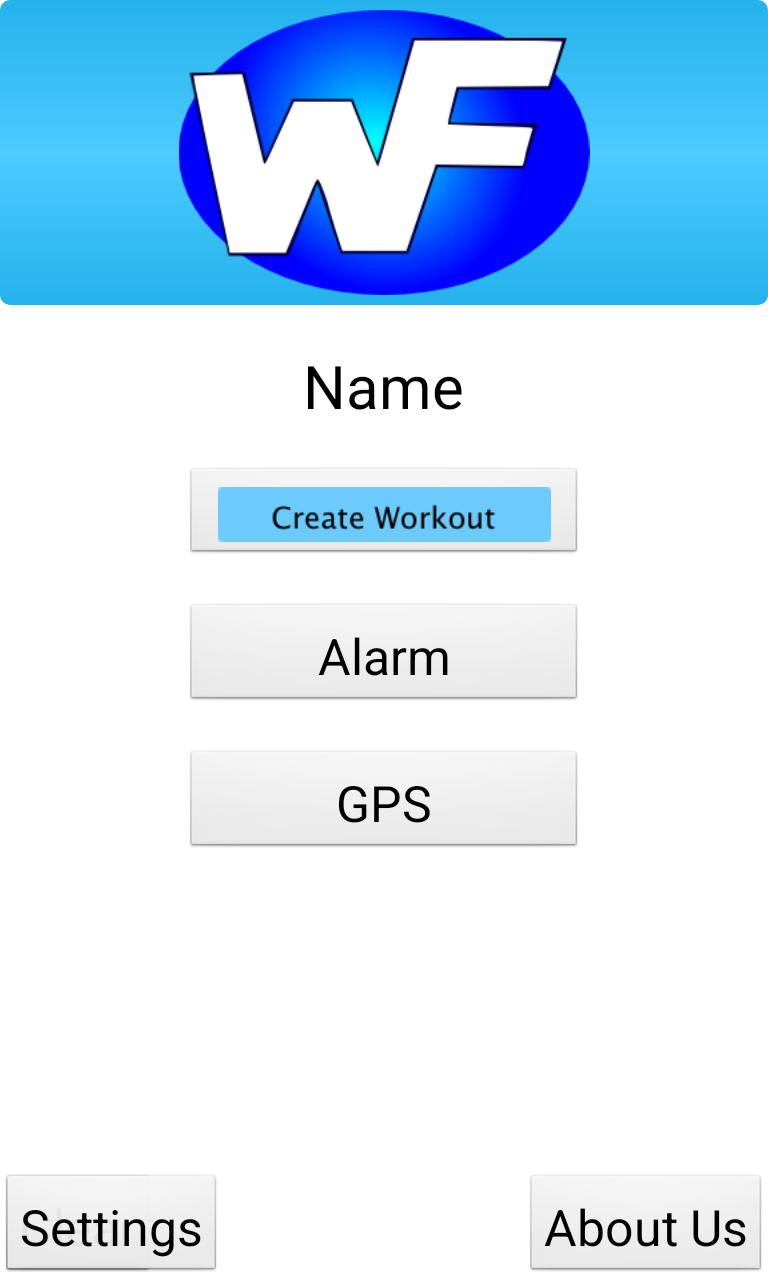
Repository: jwisch91/CS390-Project
Layout: workspace/testing/res/layout/new_file.xml
These files come from the project's save history. The layout is drawn as it stood at one moment and after the next save; the edit follows.
It is drawn on a 768 x 1280 px phone screen (xhdpi) without system bars, with theme android:Theme.NoTitleBar; the app's code is not run.

Above is the layout before, as saved 2013-04-02 21:01:50.

### workspace/testing/res/layout/new_file.xml
<?xml version="1.0" encoding="utf-8"?>
<RelativeLayout xmlns:android="http://schemas.android.com/apk/res/android"
    android:layout_width="fill_parent"
 	android:layout_height="fill_parent"
    android:layout_weight="0.80"
    android:background="#ffffff" >

    	 <!--  Header  Starts-->
        <LinearLayout android:id="@+id/header"
                android:layout_width="fill_parent"
                android:layout_height="wrap_content"
                android:background="@layout/header_gradient"
                android:paddingTop="5dip"
                android:paddingBottom="5dip">
                <!-- Logo Start-->
                <ImageView
                    android:layout_width="fill_parent"
                	android:layout_height="wrap_content"
               	 	android:layout_gravity="center"
                	android:src="@drawable/logo" />
                <!-- Logo Ends -->
        </LinearLayout>
        <!--  Header Ends -->

        <TextView

            android:id="@+id/Welcome"
            android:layout_width="wrap_content"
            android:layout_height="wrap_content"
            android:layout_below="@+id/header"
            android:layout_centerHorizontal="true"
            android:layout_marginTop="20dp"
            android:layout_marginBottom="10dp"
            android:text="Name"
            android:textColor="#000000"
            android:textSize="30dip" />

         <Button
             android:id="@+id/About_Us"
             android:layout_width="wrap_content"
             android:layout_height="wrap_content"
             android:layout_alignParentRight="true"
             android:text="About Us"
          	 android:padding="10dip"
             android:layout_alignParentBottom="true"
             android:textSize="25dip"
             />

         <Button
             android:id="@+id/Clear"
             android:layout_width="wrap_content"
             android:layout_height="wrap_content"
             android:layout_gravity="center"
             android:text="Clear"
          	 android:padding="10dip"
             android:layout_alignParentBottom="true"
             android:textSize="25dip"
             />

         <Button
             android:id="@+id/Settings"
             android:layout_width="wrap_content"
             android:layout_height="wrap_content"
             android:layout_alignParentLeft="true"
             android:text="Settings"
          	 android:padding="10dip"
             android:layout_alignParentBottom="true"
             android:textSize="25dip"
             />

         <ImageButton
             android:id="@+id/Workout_Button"
             android:layout_width="200dip"
             android:layout_height="wrap_content"
             android:layout_alignLeft="@+id/Calender_Button"
             android:layout_below="@+id/Welcome"
             android:layout_marginTop="10dip"
             android:layout_marginBottom="10dip"
             android:padding="10dip"
             android:text="Create Workout"
             android:textSize="25dip"
             android:src="@drawable/workout" />


         <Button
             android:id="@+id/Calender_Button"
             android:layout_width="200dip"
             android:layout_height="wrap_content"
             android:layout_below="@+id/Workout_Button"
             android:layout_centerHorizontal="true"
             android:layout_marginTop="10dip"
             android:layout_marginBottom="10dip"
             android:padding="10dip"
             android:text="Alarm"
             android:textSize="25dip" />

         <Button
             android:id="@+id/GPS_Button"
             android:layout_width="200dip"
             android:layout_height="wrap_content"
             android:layout_below="@+id/Calender_Button"
             android:layout_alignLeft="@+id/Calender_Button"
             android:layout_marginTop="10dip"
             android:layout_marginBottom="10dip"
             android:padding="10dip"
             android:text="GPS"
             android:textSize="25dip" />




</RelativeLayout>

Loaded but not shown: workspace/testing/res/layout/header_gradient.xml (common file)

After the next save:
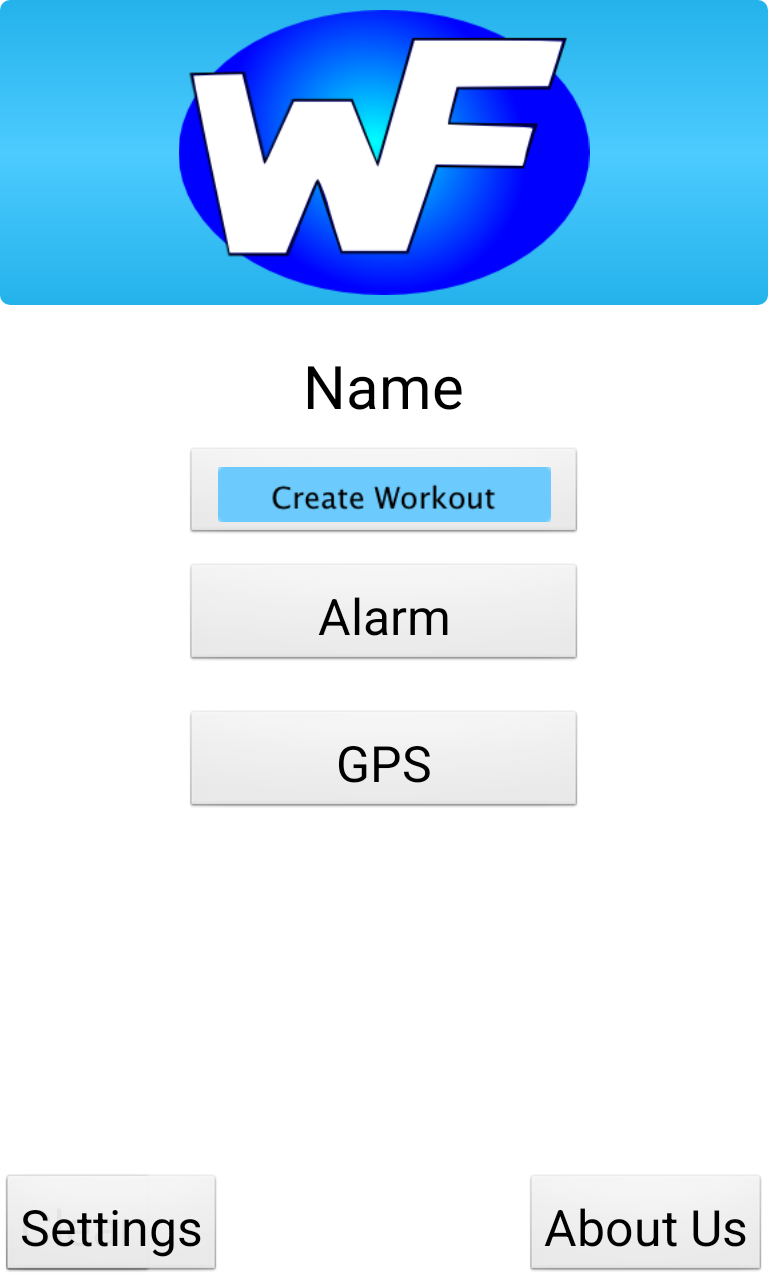
Saved 6 min 6 s later.
--- a/workspace/testing/res/layout/new_file.xml
+++ b/workspace/testing/res/layout/new_file.xml
@@ -70,17 +70,13 @@
 
          <ImageButton
              android:id="@+id/Workout_Button"
-             android:layout_width="200dip"
+             android:layout_width="wrap_content"
              android:layout_height="wrap_content"
              android:layout_alignLeft="@+id/Calender_Button"
+             android:layout_alignRight="@+id/Calender_Button"
              android:layout_below="@+id/Welcome"
-             android:layout_marginTop="10dip"
-             android:layout_marginBottom="10dip"
              android:padding="10dip"
-             android:text="Create Workout"
-             android:textSize="25dip"
              android:src="@drawable/workout" />
-
 
          <Button
              android:id="@+id/Calender_Button"
